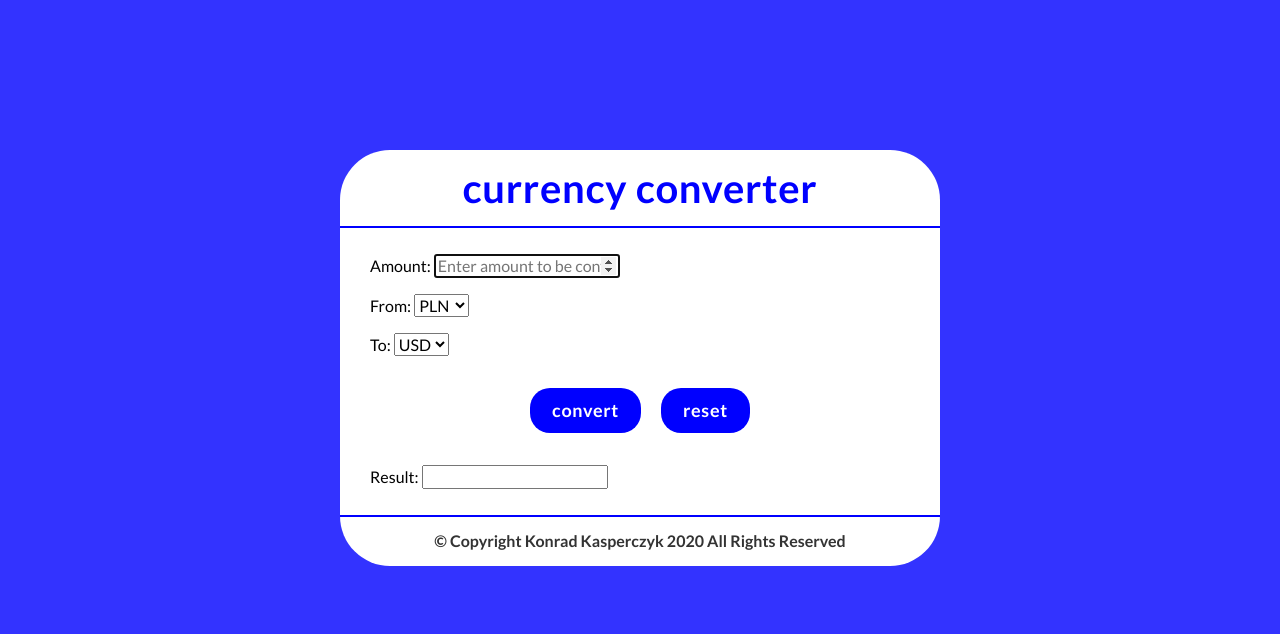
Repository: kkasperczyk/currency-converter
Page: index.html
The author's editor kept a copy of each file at every save. The page is drawn from the files as they stood at one save, then again after a run of saves.
The browser window is 1280 px wide. The pictures show the whole page.

Above is the page before, as saved 2020-06-16 13:18:16.

After the next 4 saves:
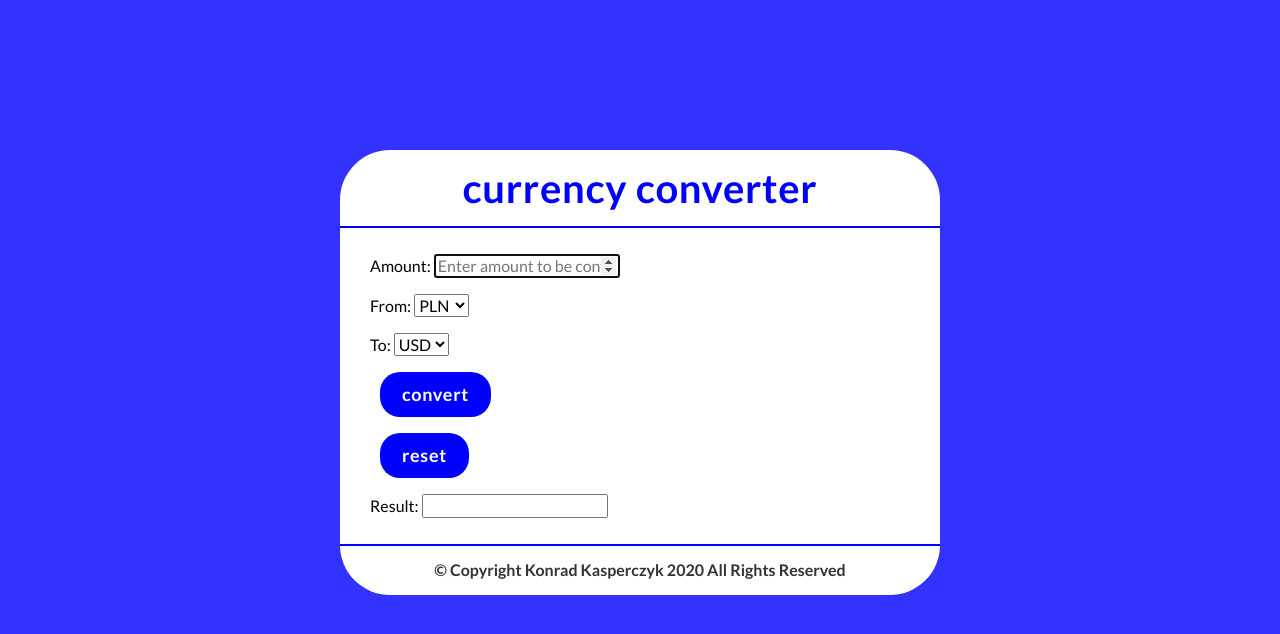
The 4 saves are shown as one change because they came seconds apart.
The last was saved 62 s later.
--- a/css/form.css
+++ b/css/form.css
@@ -1,3 +1,5 @@
+.form__la
+
 .form__buttons {
     display: flex;
     justify-content: center;

After the 2 saves that followed:
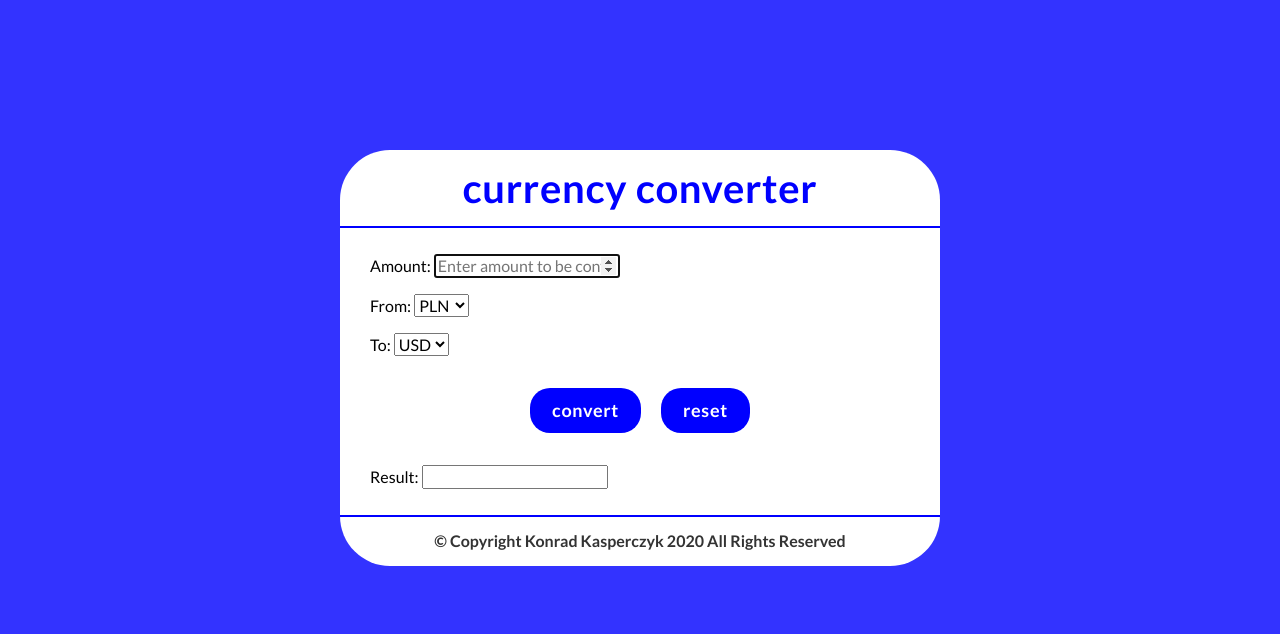
The 2 saves are shown as one change because they came seconds apart.
The last was saved 8 s later.
--- a/css/form.css
+++ b/css/form.css
@@ -1,4 +1,6 @@
-.form__la
+.form__labelText {
+
+}
 
 .form__buttons {
     display: flex;
